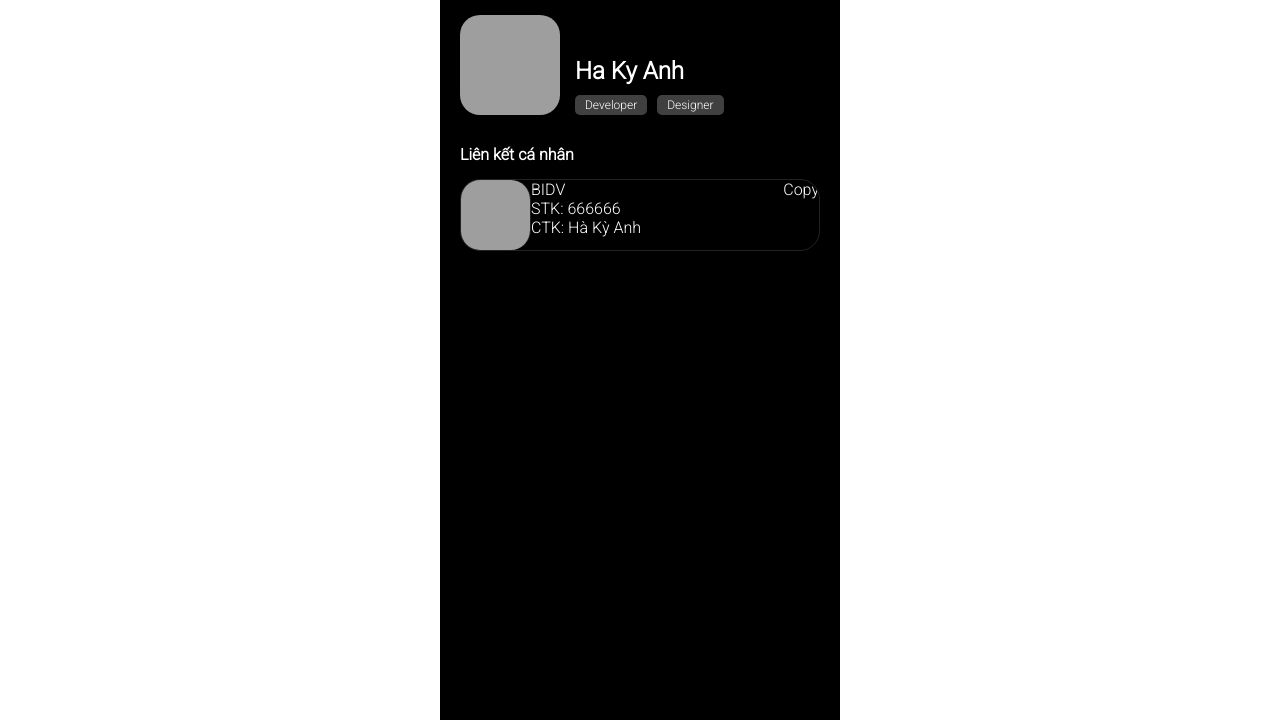
Repository: yzarc204/nguyen-tien-viet-hoang
Page: thong-tin-thanh-toan/index.html
The author's editor kept a copy of each file at every save. The page is drawn from the files as they stood at one save, then again after a run of saves.
The browser window is 1280 px wide. The pictures show the whole page.
Pictures or frames that could not be fetched are drawn as grey boxes.

Above is the page before, as saved 2021-09-27 10:51:03.

### thong-tin-thanh-toan/index.html
<!DOCTYPE html>
<html lang="en">
<head>
    <meta charset="UTF-8">
    <meta http-equiv="X-UA-Compatible" content="IE=edge">
    <meta name="viewport" content="width=device-width, initial-scale=1.0">
    <title>Personal Card</title>
    <!-- Google Fonts -->
    <link rel="preconnect" href="https://fonts.googleapis.com">
    <link rel="preconnect" href="https://fonts.gstatic.com" crossorigin>
    <link href="https://fonts.googleapis.com/css2?family=Roboto:wght@300&display=swap" rel="stylesheet">
    <!-- CSS -->
    <link rel="stylesheet" href="./public/css/index.css">
</head>
<body>
    <div class="container">
        <div class="profile-header">
            <img alt="Avatar"
                src="https://source.unsplash.com/random"
                class="profile-avatar">
            <div class="profile-info">
                <h4 class="profile-name">Ha Ky Anh</h4>
                <div class="skills">
                    <div class="skill-tag">Developer</div>
                    <div class="skill-tag">Designer</div>
                </div>
            </div>
        </div>
        <h4 class="title">Liên kết cá nhân</h4>
        <div class="banks">
            <div class="bank">
                <img src="https://source.unsplash.com/random" class="bank-logo">
                <div class="bank-info">
                    <p class="bank-name">BIDV</p>
                    <p class="bank-number">STK: 666666</p>
                    <p class="bank-name">CTK: Hà Kỳ Anh</p>
                </div>
                <span class="btn-copy">Copy</span>
            </div>
        </div>
    </div>
</body>
</html>

### thong-tin-thanh-toan/public/css/index.css
* {
    padding: 0;
    margin: 0;
    -webkit-box-sizing: border-box;
    font-family: 'Roboto', sans-serif;
}

body {
    width: 100%;
    overflow: hidden;
}

/* ===== CONTAINER ===== */
.container{
    width: 400px;
    height: 100vh;
    margin: 0 auto;
    padding: 15px 20px;
    overflow: hidden scroll;
    background: #000;
    color: #fff;
}
/* ===== PROFILE HEADER ===== */
.profile-header{
    width: 100%;
    display: flex;
    flex-wrap: wrap;
    margin-bottom: 30px;
}
.profile-avatar{
    width: 100px;
    height: 100px;
    object-fit: cover;
    object-position: center;
    border-radius: 20px;
}
.profile-info{
    margin-top: auto;
    padding: 0px 15px;
}
.profile-name{
    margin-bottom: 10px;
    font-size: 24px;
}
.skills{
    display: flex;
    flex-wrap: nowrap;
}
.skill-tag{
    padding: 3px 10px;
    margin-right: 10px;
    color: #fff;
    font-size: 12px;
    position: relative;
    display: none;
}
.skill-tag:before {
    content: "";
    position: absolute;
    top: 0;
    right: 0;
    bottom: 0;
    left: 0;
    background-color: currentColor;
    opacity: 0.25;
    border-radius: 5px;
}
.skill-tag:first-child {
    display: block;
}
.skill-tag:nth-child(2) {
    display: block;
}
/* ===== TITLE ===== */
.title{
    margin-bottom: 15px;
}
/* ===== BANKS ===== */
.banks {
    width: 100%;
    overflow: hidden;
    border: 1px solid #222;
    border-radius: var(--border-rounded);
    --size: 70px;
    --border-rounded: 20px;
}
.bank {
    width: 100%;
    height: 70px;
    display: flex;
}
.bank-logo {
    width: var(--size);
    height: var(--size);
    border-right: 1px solid #222;
    border-top-right-radius: var(--border-rounded);
    border-bottom-right-radius: var(--border-rounded);
}
.bank-info {
    flex: 1;
}
.bank-name{

}
.bank-number{

}
.btn-copy{

}

After the next 2 saves:
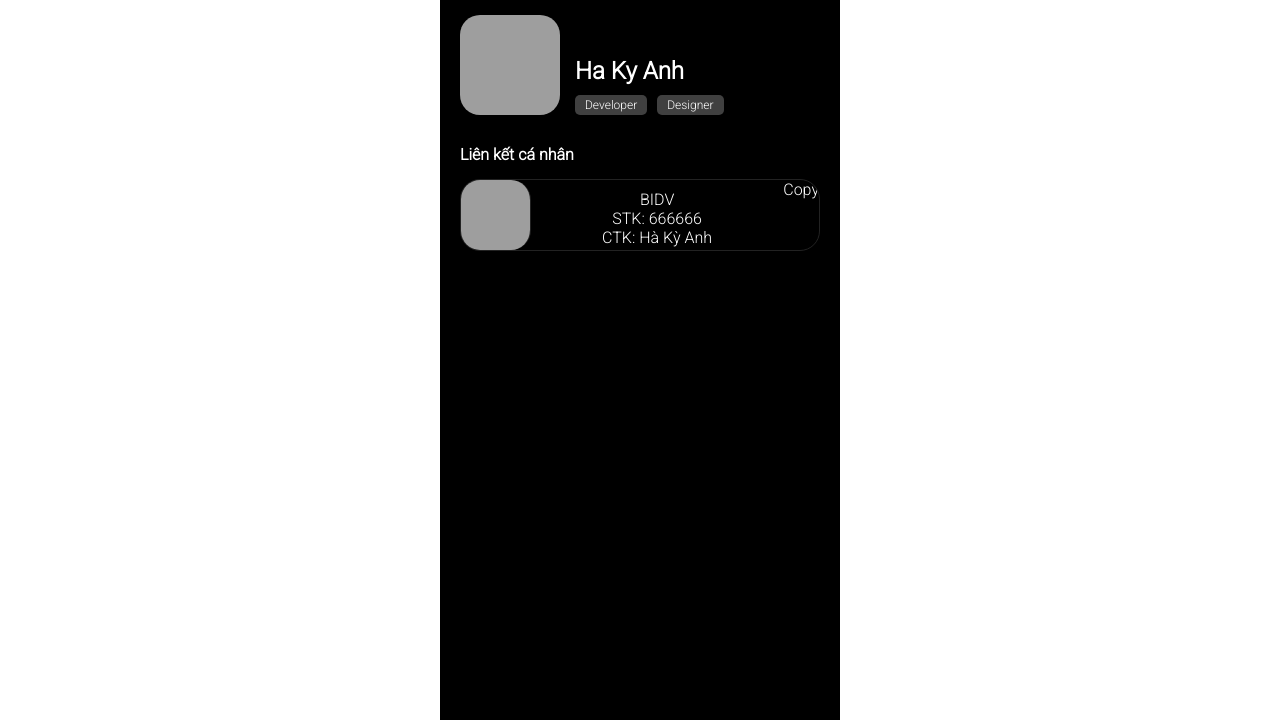
The 2 saves are shown as one change because they came seconds apart.
The last was saved 13 s later.
--- a/thong-tin-thanh-toan/public/css/index.css
+++ b/thong-tin-thanh-toan/public/css/index.css
@@ -98,6 +98,8 @@ body {
 }
 .bank-info {
     flex: 1;
+    text-align: center;
+    padding: 10px;
 }
 .bank-name{
 
